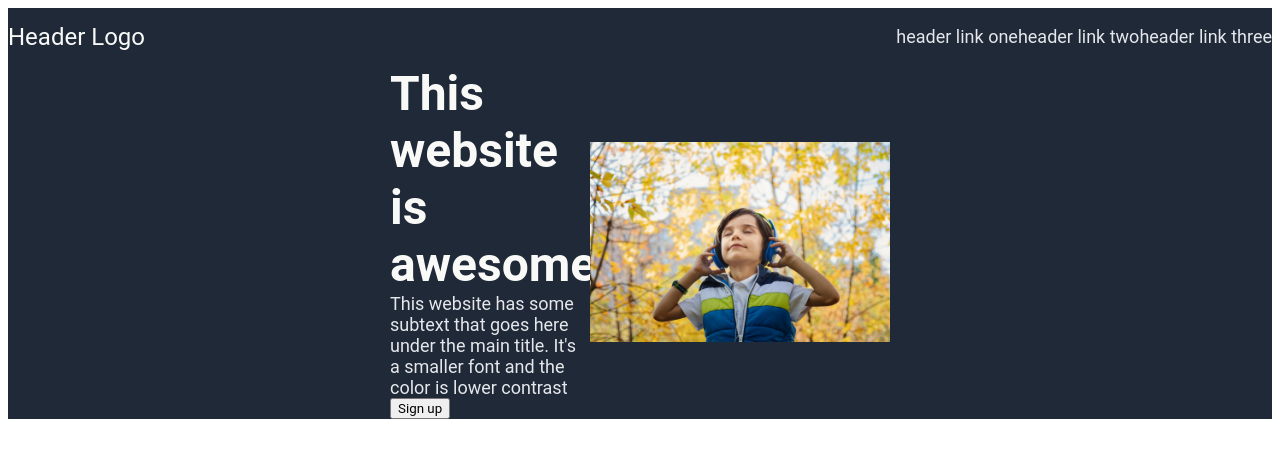
Repository: z1youRA/FirstWebsite
Page: index.html
The author's editor kept a copy of each file at every save. The page is drawn from the files as they stood at one save, then again after the next save.
The browser window is 1280 px wide. The pictures show the whole page.

Above is the page before, as saved 2021-11-25 17:14:00.

After the next save:
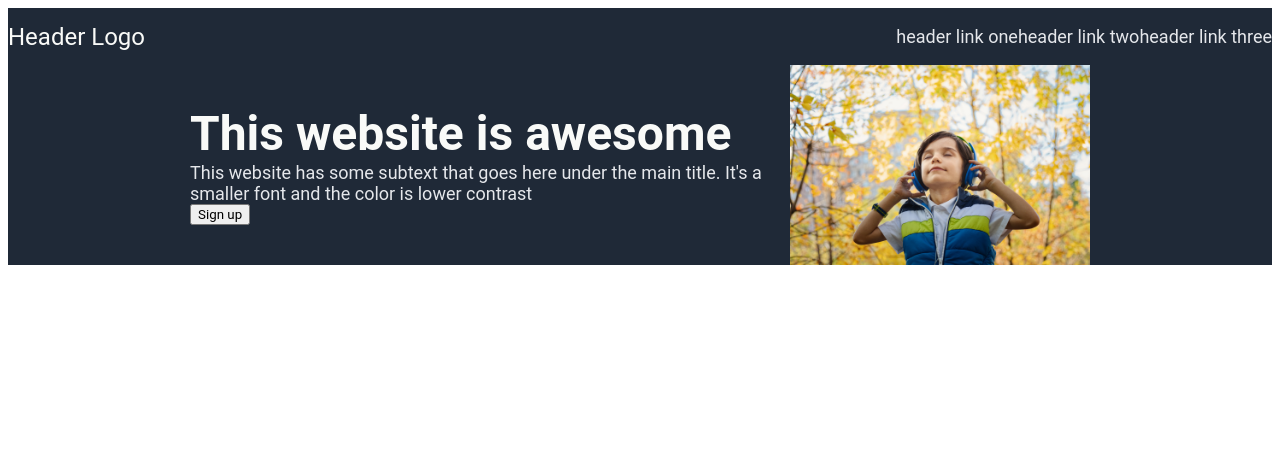
Saved 4 s later.
--- a/styles.css
+++ b/styles.css
@@ -21,7 +21,7 @@
 }
 
 .text {
-    max-width: 200px;
+    max-width: 600px;
     flex-wrap: wrap;
 }
 
